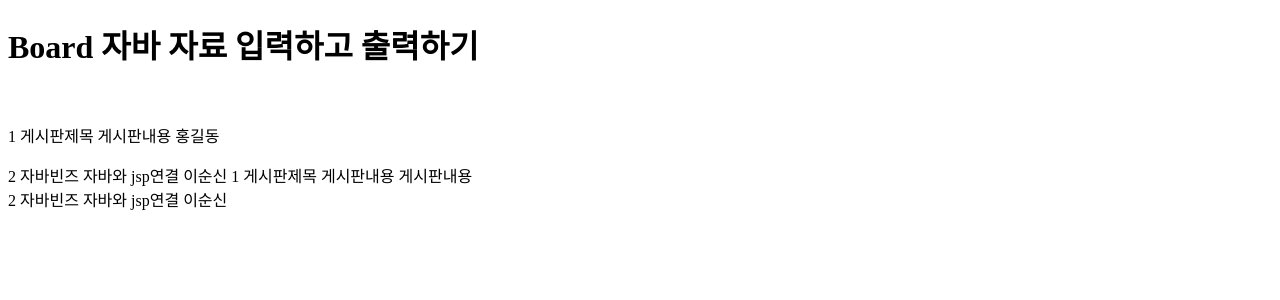
Repository: mi-ci/ai
Page: http://localhost/jsp01/ch004/useBean6.jsp
An editor plug-in stored every save of this project. The page is shown before and after the next save, followed by the edit.
The browser window is 1280 px wide. The pictures show the whole page.
The page is served by Tomcat 9.

Above is the page before, as saved 2024-01-18 03:45:50.

After the next save:
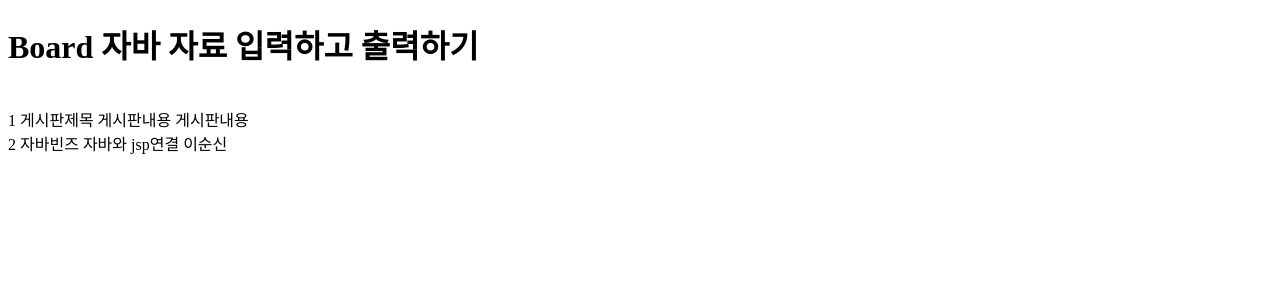
Saved 5 s later.
--- a/jsp01/src/main/webapp/ch004/useBean6.jsp
+++ b/jsp01/src/main/webapp/ch004/useBean6.jsp
@@ -9,21 +9,6 @@
 <body>
 	<h1> Board 자바 자료 입력하고 출력하기</h1><br>
 	<jsp:useBean id="b" class = "jsp01.Board" scope = "page"></jsp:useBean>
-	<%
-		b.setbNo(1);
-		b.setbTitle("게시판제목");
-		b.setbContent("게시판내용");
-		b.setWriter("홍길동");
-	%>
-	<p> <%= b.getbNo()%> <%= b.getbTitle()%> <%= b.getbContent()%> <%= b.getWriter()%>
-
-	<%
-		b.setbNo(2);
-		b.setbTitle("자바빈즈");
-		b.setbContent("자바와 jsp연결");
-		b.setWriter("이순신");
-	%>
-	<p> <%= b.getbNo()%> <%= b.getbTitle()%> <%= b.getbContent()%> <%= b.getWriter()%>
 
 	<jsp:setProperty property="bNo" name="b" value="1"/>
 	<jsp:setProperty property="bTitle" name="b" value="게시판제목"/>
